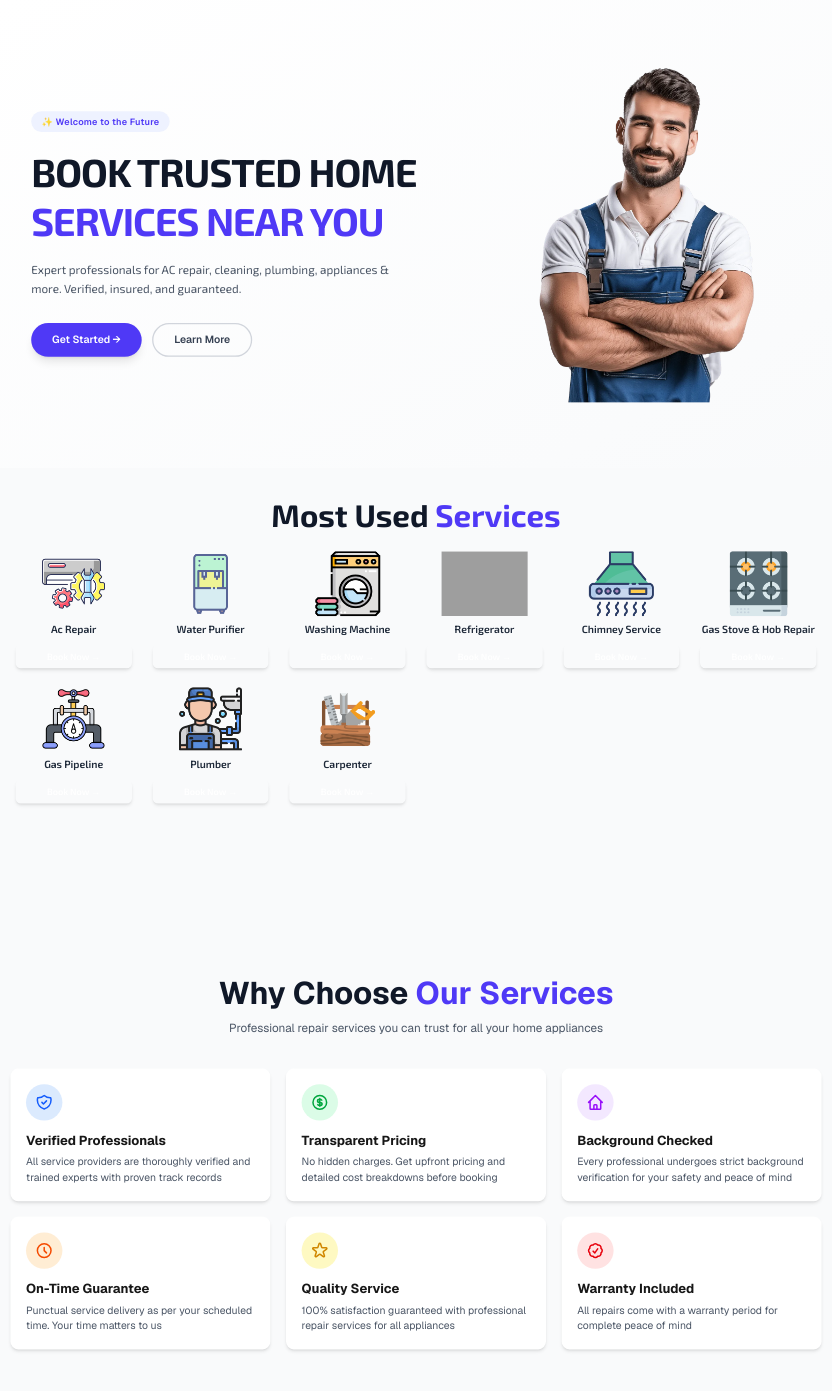
Repository: deepak445566/repai
Page: / (app in repair/)
An editor plug-in stored every save of this project. The page is shown before and after the next save, followed by the edit.
The browser window is 1280 px wide. The pictures show the whole page, at 65% of full size.
Pictures or frames that could not be fetched are drawn as grey boxes. The project was rebuilt for these pictures with package versions that can differ from the ones it lists, and the page was loaded fresh each time. The framework's server and built-in components were replaced by stand-ins that run in the browser. Also part of the build but not shown: repair/next.config.mjs.

Above is the page before, as saved 2026-04-15 13:33:37.

### repair/src/app/layout.js
import { Abril_Fatface, Exo_2, Geist, Geist_Mono } from "next/font/google";
import "./globals.css";

const geistSans = Geist({
  variable: "--font-geist-sans",
  subsets: ["latin"],
});

const geistMono = Geist_Mono({
  variable: "--font-geist-mono",
  subsets: ["latin"],
});
const abril = Abril_Fatface({
  weight: '400',
  subsets: ['latin'],
  variable: '--font-abril',
});

const exo = Exo_2({
  subsets: ['latin'],
  weight: ['400','600','700'],
  variable: '--font-exo',
});

export const metadata = {
  title: "Create Next App",
  description: "Generated by create next app",
};

export default function RootLayout({ children }) {
  return (
    <html
      lang="en"
      className={`${geistSans.variable} ${geistMono.variable} ${abril.variable} ${exo.variable} h-full antialiased`}
    >
      <body className="min-h-full flex flex-col">{children}</body>
    </html>
  );
}

### repair/src/app/page.js
import HeroPage from '@/components/heroPage'
import ServicesPage from '@/components/Service'
import WhyChooseUs from '@/components/whyChooseUs'
import React from 'react'

function page() {
  return (
   <>
   <HeroPage/>
   <ServicesPage/>
   <WhyChooseUs/>
   </>
  )
}

export default page

### repair/src/app/globals.css
@import "tailwindcss";

:root {
  --background: #ffffff;
  --foreground: #171717;
}

@theme inline {
  --color-background: var(--background);
  --color-foreground: var(--foreground);
  --font-sans: var(--font-geist-sans);
  --font-mono: var(--font-geist-mono);
}

@media (prefers-color-scheme: dark) {
  :root {
    --background: #0a0a0a;
    --foreground: #ededed;
  }
}

body {
  background: var(--background);
  color: var(--foreground);
  font-family: var(--font-parkinsans);
}



.abril {
  font-family: var(--font-abril);
}

.exo {
  font-family: var(--font-exo);
}

### repair/src/components/heroPage.jsx
import Image from 'next/image';

export default function HeroPage() {
  return (
    <div className="min-h-screen bg-gradient-to-br from-white to-gray-50 flex items-center justify-center px-4 lg:px-12 py-12">
      <div className="max-w-7xl mx-auto w-full">
        <div className="flex flex-col lg:flex-row items-center gap-12 lg:gap-10">

          {/* Left Section - 60% Width */}
          <div className="w-full lg:w-[55%] text-center lg:text-left space-y-6">
            <div className="inline-block px-4 py-1.5 rounded-full bg-indigo-50 text-indigo-600 text-sm font-semibold tracking-wide">
              ✨ Welcome to the Future
            </div>

            <h1 className="text-4xl sm:text-5xl lg:text-6xl font-bold tracking-tight text-gray-900 leading-tight uppercase exo">
            Book Trusted Home
              <span className="text-indigo-600 block"> Services Near You</span>
            </h1>

            <p className="text-lg text-gray-600 max-w-xl mx-auto lg:mx-0 exo">
         Expert professionals for AC repair, cleaning, plumbing, appliances & more. Verified, insured, and guaranteed.
            </p>

            <div className="flex flex-col sm:flex-row gap-4 justify-center lg:justify-start pt-4">
              <button className="px-8 py-3 rounded-full bg-indigo-600 text-white font-semibold shadow-lg hover:bg-indigo-700 transition-all duration-200 transform hover:scale-105">
                Get Started →
              </button>
              <button className="px-8 py-3 rounded-full border-2 border-gray-300 text-gray-700 font-semibold hover:bg-gray-50 transition-all duration-200">
                Learn More
              </button>
            </div>
          </div>

          {/* Right Section - 40% Width */}
          <div className="w-full lg:w-[45%] flex justify-center lg:justify-end">
            <div className="relative w-full max-w-sm sm:max-w-md lg:max-w-lg">
              <div className="absolute inset-0 opacity-60 -z-10"></div>
              <div className="relative overflow-hidden">
                {/* Size control - Apni hisaab se change karo */}
                <div className="relative w-[350px] h-[400px] md:w-[400px] md:h-[400px] lg:w-[550px] lg:h-[550px] mx-auto ">
                  <Image
                    src="/images/image1.png"
                    alt="Hero Image"
                    fill
                    className="object-contain p-4"
                    priority
                  />
                </div>
              </div>
            </div>
          </div>
        </div>
      </div>
    </div>
  );
}

### repair/src/components/Service.jsx
'use client'

import Image from 'next/image';

export default function ServicesPage() {
  const services = [
    { id: 1, title: "Ac Repair", image: "/images/acrepair.png" },
  { id: 2, title: "Water Purifier", image: "/images/waterrepair.png" },
    { id: 3, title: "Washing Machine", image: "/images/washrepair.png" },
      { id: 4, title: "Refrigerator", image: "/images/fridgerepair.png" },
        { id: 5, title: "Chimney Service", image: "/images/chimneyrepair.png" },
          { id: 6, title: "Gas Stove & Hob Repair", image: "/images/gasrepair.png" },
            { id: 7, title: "Gas Pipeline", image: "/images/piperepair.png" },
              { id: 8, title: "Plumber", image: "/images/plumberrepair.png" },
                { id: 9, title: "Carpenter", image: "/images/carrepair.png" },
  ];



    const handleBookNow = (serviceTitle) => {
    alert(`Booking service: ${serviceTitle}`);
    // Yahan apna booking logic daalo
    // e.g., router.push(`/book?service=${serviceTitle}`)
  };

  return (
    <div className="min-h-screen bg-gray-50 py-12 px-4">
      <div className="max-w-7xl mx-auto">

        {/* Header */}
        <div className="text-center mb-8">
          <h2 className="text-3xl sm:text-5xl font-bold text-gray-900 mb-2 exo">
            Most Used <span className="text-indigo-600">Services</span>
          </h2>

        </div>

        {/* Grid - Mobile: 2 columns, Desktop: 6 columns */}
        <div className="grid grid-cols-2 lg:grid-cols-6 gap-3 md:gap-4 exo">
          {services.map((service, index) => (
            <div
              key={service.id}
              className="group cursor-pointer"
            >
              {/* Image Section */}
              <div className="relative h-18 sm:h-22 md:h-25 overflow-hidden ">
                {/* Placeholder - Replace with your images */}

                {/* Actual Image - Uncomment when ready */}
                <Image src={service.image} alt={service.title} fill className="object-contain  transition-transform duration-500" />
              </div>

              {/* Title Section */}
              <div className="py-2 px-1 sm:py-2.5 sm:px-2 text-center">
                <h3 className="text-xs sm:text-sm md:text-base font-semibold text-gray-800 group-hover:text-indigo-600 transition-colors leading-tight">
                  {service.title}
                </h3>
              </div>
                <div className="px-2 pb-3 mt-1">
                <button
                  onClick={() => handleBookNow(service.title)}
                  className="w-full bg black text-white text-xs sm:text-sm font-semibold py-2 rounded-lg hover:from-indigo-700 hover:to-purple-700 transition-all duration-200 transform hover:scale-105 shadow-md"
                >
                  Book Now →
                </button>
              </div>
            </div>
          ))}
        </div>
      </div>
    </div>
  );
}

### repair/src/components/whyChooseUs.jsx
import Image from 'next/image';

export default function WhyChooseUs() {
  return (
    <div className="bg-gray-50 py-16 px-4">
      <div className="max-w-7xl mx-auto">

        {/* Header with Image */}
        <div className="text-center mb-12">
          <h2 className="text-4xl lg:text-5xl font-bold text-gray-900 mb-4">
            Why Choose <span className="text-indigo-600">Our Services</span>
          </h2>
          <p className="text-gray-600 text-lg max-w-2xl mx-auto">
            Professional repair services you can trust for all your home appliances
          </p>
        </div>

        {/* Features Grid */}
        <div className="grid grid-cols-1 md:grid-cols-2 lg:grid-cols-3 gap-6">
          {/* Feature 1 */}
          <div className="bg-white rounded-xl p-6 shadow-md hover:shadow-xl transition-all">
            <div className="w-14 h-14 bg-blue-100 rounded-full flex items-center justify-center mb-4">
              <svg className="w-7 h-7 text-blue-600" fill="none" stroke="currentColor" viewBox="0 0 24 24">
                <path strokeLinecap="round" strokeLinejoin="round" strokeWidth={2} d="M9 12l2 2 4-4m5.618-4.016A11.955 11.955 0 0112 2.944a11.955 11.955 0 01-8.618 3.04A12.02 12.02 0 003 9c0 5.591 3.824 10.29 9 11.622 5.176-1.332 9-6.03 9-11.622 0-1.042-.133-2.052-.382-3.016z" />
              </svg>
            </div>
            <h3 className="text-xl font-bold mb-2">Verified Professionals</h3>
            <p className="text-gray-600">All service providers are thoroughly verified and trained experts with proven track records</p>
          </div>

          {/* Feature 2 */}
          <div className="bg-white rounded-xl p-6 shadow-md hover:shadow-xl transition-all">
            <div className="w-14 h-14 bg-green-100 rounded-full flex items-center justify-center mb-4">
              <svg className="w-7 h-7 text-green-600" fill="none" stroke="currentColor" viewBox="0 0 24 24">
                <path strokeLinecap="round" strokeLinejoin="round" strokeWidth={2} d="M12 8c-1.657 0-3 .895-3 2s1.343 2 3 2 3 .895 3 2-1.343 2-3 2m0-8c1.11 0 2.08.402 2.599 1M12 8V7m0 1v8m0 0v1m0-1c-1.11 0-2.08-.402-2.599-1M21 12a9 9 0 11-18 0 9 9 0 0118 0z" />
              </svg>
            </div>
            <h3 className="text-xl font-bold mb-2">Transparent Pricing</h3>
            <p className="text-gray-600">No hidden charges. Get upfront pricing and detailed cost breakdowns before booking</p>
          </div>

          {/* Feature 3 */}
          <div className="bg-white rounded-xl p-6 shadow-md hover:shadow-xl transition-all">
            <div className="w-14 h-14 bg-purple-100 rounded-full flex items-center justify-center mb-4">
              <svg className="w-7 h-7 text-purple-600" fill="none" stroke="currentColor" viewBox="0 0 24 24">
                <path strokeLinecap="round" strokeLinejoin="round" strokeWidth={2} d="M3 12l2-2m0 0l7-7 7 7M5 10v10a1 1 0 001 1h3m10-11l2 2m-2-2v10a1 1 0 01-1 1h-3m-6 0a1 1 0 001-1v-4a1 1 0 011-1h2a1 1 0 011 1v4a1 1 0 001 1m-6 0h6" />
              </svg>
            </div>
            <h3 className="text-xl font-bold mb-2">Background Checked</h3>
            <p className="text-gray-600">Every professional undergoes strict background verification for your safety and peace of mind</p>
          </div>

          {/* Feature 4 */}
          <div className="bg-white rounded-xl p-6 shadow-md hover:shadow-xl transition-all">
            <div className="w-14 h-14 bg-orange-100 rounded-full flex items-center justify-center mb-4">
              <svg className="w-7 h-7 text-orange-600" fill="none" stroke="currentColor" viewBox="0 0 24 24">
                <path strokeLinecap="round" strokeLinejoin="round" strokeWidth={2} d="M12 8v4l3 3m6-3a9 9 0 11-18 0 9 9 0 0118 0z" />
              </svg>
            </div>
            <h3 className="text-xl font-bold mb-2">On-Time Guarantee</h3>
            <p className="text-gray-600">Punctual service delivery as per your scheduled time. Your time matters to us</p>
          </div>

          {/* Feature 5 */}
          <div className="bg-white rounded-xl p-6 shadow-md hover:shadow-xl transition-all">
            <div className="w-14 h-14 bg-yellow-100 rounded-full flex items-center justify-center mb-4">
              <svg className="w-7 h-7 text-yellow-600" fill="none" stroke="currentColor" viewBox="0 0 24 24">
                <path strokeLinecap="round" strokeLinejoin="round" strokeWidth={2} d="M11.049 2.927c.3-.921 1.603-.921 1.902 0l1.519 4.674a1 1 0 00.95.69h4.915c.969 0 1.371 1.24.588 1.81l-3.976 2.888a1 1 0 00-.363 1.118l1.518 4.674c.3.922-.755 1.688-1.538 1.118l-3.976-2.888a1 1 0 00-1.176 0l-3.976 2.888c-.783.57-1.838-.197-1.538-1.118l1.518-4.674a1 1 0 00-.363-1.118l-3.976-2.888c-.784-.57-.38-1.81.588-1.81h4.914a1 1 0 00.951-.69l1.519-4.674z" />
              </svg>
            </div>
            <h3 className="text-xl font-bold mb-2">Quality Service</h3>
            <p className="text-gray-600">100% satisfaction guaranteed with professional repair services for all appliances</p>
          </div>

          {/* Feature 6 */}
          <div className="bg-white rounded-xl p-6 shadow-md hover:shadow-xl transition-all">
            <div className="w-14 h-14 bg-red-100 rounded-full flex items-center justify-center mb-4">
              <svg className="w-7 h-7 text-red-600" fill="none" stroke="currentColor" viewBox="0 0 24 24">
                <path strokeLinecap="round" strokeLinejoin="round" strokeWidth={2} d="M9 12.75L11.25 15 15 9.75M21 12c0 1.268-.63 2.39-1.593 3.068a3.745 3.745 0 01-1.043 3.296 3.745 3.745 0 01-3.296 1.043A3.745 3.745 0 0112 21c-1.268 0-2.39-.63-3.068-1.593a3.746 3.746 0 01-3.296-1.043 3.745 3.745 0 01-1.043-3.296A3.745 3.745 0 013 12c0-1.268.63-2.39 1.593-3.068a3.745 3.745 0 011.043-3.296 3.746 3.746 0 013.296-1.043A3.746 3.746 0 0112 3c1.268 0 2.39.63 3.068 1.593a3.746 3.746 0 013.296 1.043 3.746 3.746 0 011.043 3.296A3.745 3.745 0 0121 12z" />
              </svg>
            </div>
            <h3 className="text-xl font-bold mb-2">Warranty Included</h3>
            <p className="text-gray-600">All repairs come with a warranty period for complete peace of mind</p>
          </div>
        </div>
      </div>
    </div>
  );
}

After the next save:
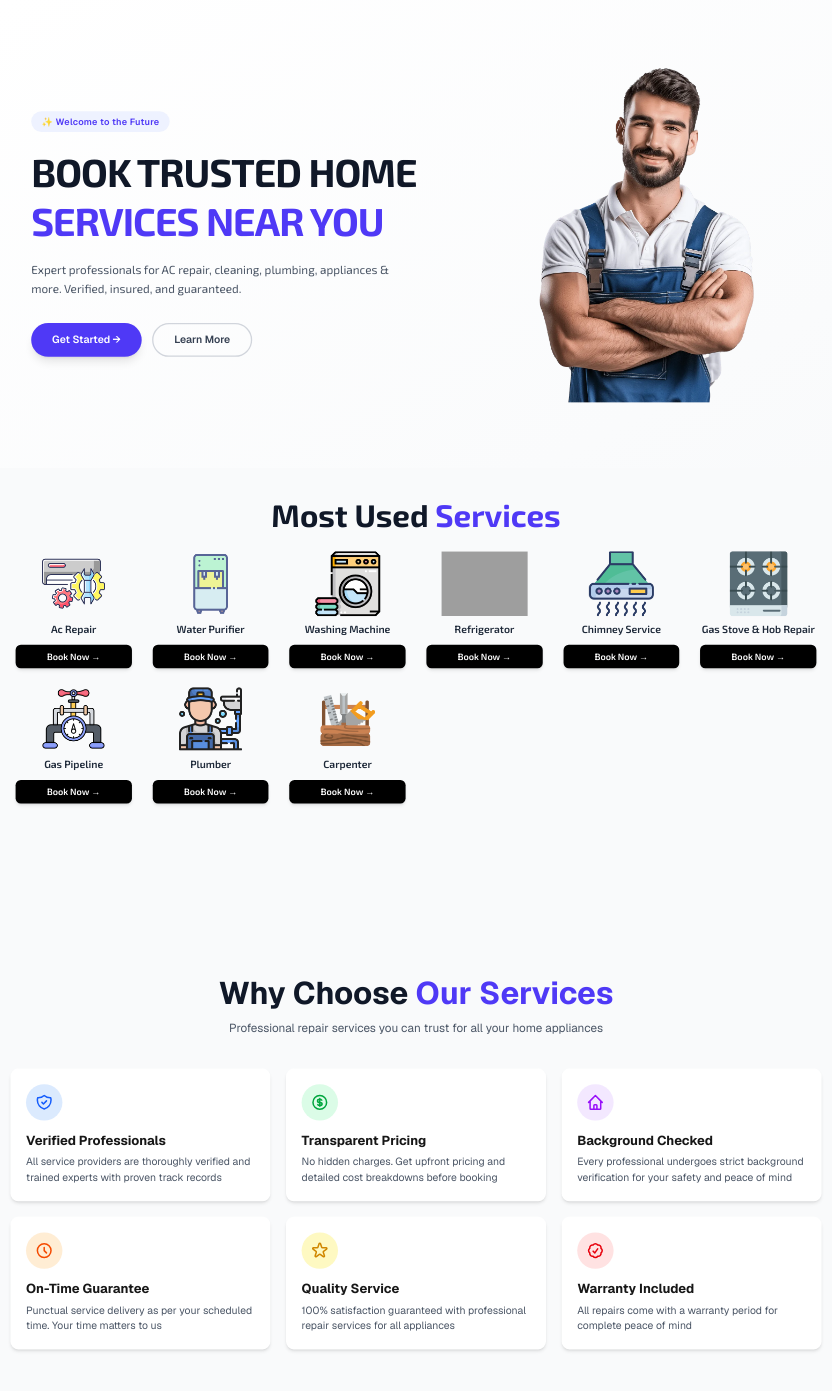
Saved 5 s later.
--- a/repair/src/components/Service.jsx
+++ b/repair/src/components/Service.jsx
@@ -59,7 +59,7 @@
                 <div className="px-2 pb-3 mt-1">
                 <button
                   onClick={() => handleBookNow(service.title)}
-                  className="w-full bg black text-white text-xs sm:text-sm font-semibold py-2 rounded-lg hover:from-indigo-700 hover:to-purple-700 transition-all duration-200 transform hover:scale-105 shadow-md"
+                  className="w-full bg-black text-white text-xs sm:text-sm font-semibold py-2 rounded-lg hover:from-indigo-700 hover:to-purple-700 transition-all duration-200 transform hover:scale-105 shadow-md"
                 >
                   Book Now →
                 </button>
